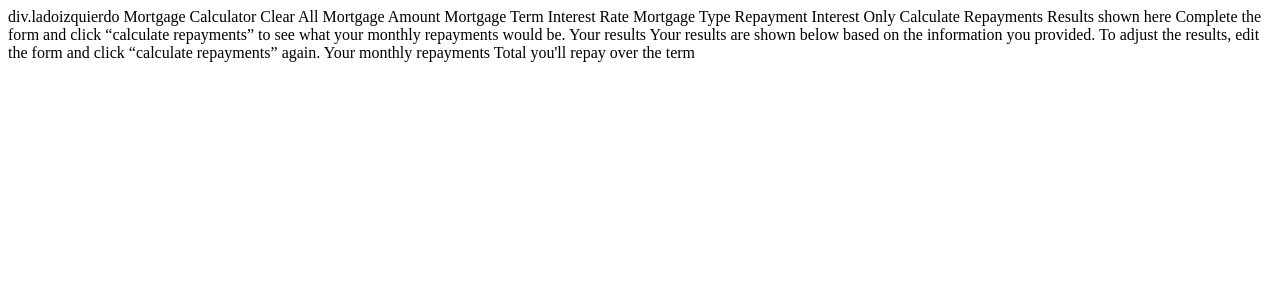
Repository: GravielPV/Mortgage-repayment-calculator
Page: index.html
An editor plug-in stored every save of this project. The page is shown before and after a run of saves, followed by the edit.
The browser window is 1280 px wide. The pictures show the whole page.

Above is the page before, as saved 2025-12-11 16:35:35.

After the next 2 saves:
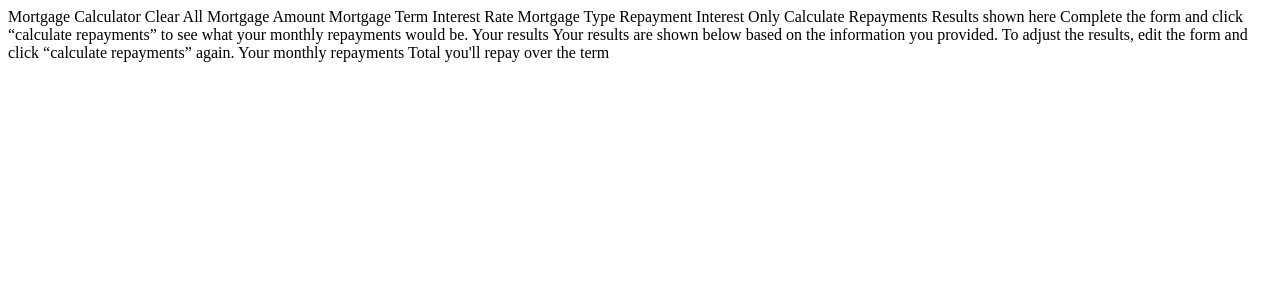
The 2 saves are shown as one change because they came seconds apart.
The last was saved 9 s later.
--- a/index.html
+++ b/index.html
@@ -13,7 +13,7 @@
 <body>
   <div class="carta">
 
-    div.ladoizquierdo
+    <div class="lado izquierdo"></div>
 
   Mortgage Calculator
   Clear All
